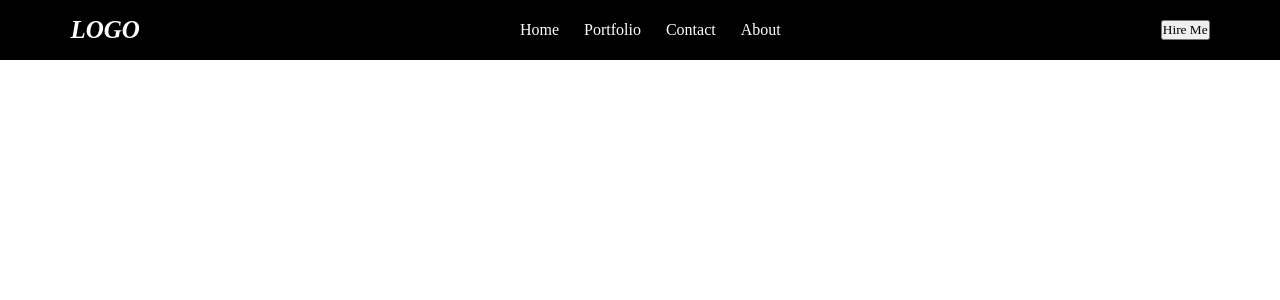
Repository: DevAntonioRogers/vanilla-responsive-navbar
Page: index.html
The author's editor kept a copy of each file at every save. The page is drawn from the files as they stood at one save, then again after the next save.
The browser window is 1280 px wide. The pictures show the whole page.
Some web fonts or font styles are not loaded; a fallback is used.

Above is the page before, as saved 2023-06-04 21:19:59.
Console error: TypeError: Cannot read properties of null (reading 'addEventListener')

### index.html
<!DOCTYPE html>
<html lang="en">
  <head>
    <meta charset="UTF-8" />
    <meta http-equiv="X-UA-Compatible" content="IE=edge" />
    <meta
      name="viewport"
      content="width=device-width, initial-scale=1.
    0"
    />
    <link rel="stylesheet" href="style.css" />
    <title>Document</title>
  </head>
  <body>
    <nav>
      <div class="nav-container">
        <h1>Logo</h1>

        <ul class="nav-menu">
          <li>Home</li>
          <li>Portfolio</li>
          <li>Contact</li>
          <li>About</li>
        </ul>

        <button>Hire Me</button>
      </div>
    </nav>
    <script src="app.js"></script>
  </body>
</html>

### style.css
@import url("https://fonts.googleapis.com/css2?family=Geologica:wght@400;500;700;800&display=swap");

* {
  box-sizing: border-box;
  padding: 0;
  margin: 0;
  font-family: Ge;
}

a {
  text-decoration: none;
}

li {
  list-style: none;
}

nav {
  background-color: black;
}

.nav-container {
  background-color: inherit;
  color: white;
  padding: 1rem 0;
  width: 89%;
  margin: auto;
  display: flex;
  align-items: center;
  justify-content: space-between;
}

.nav-container h1 {
  font-size: 25px;
  text-transform: uppercase;
  font-style: italic;
}

.nav-menu {
  display: flex;
  gap: 25px;
}

### app.js
const hamburger = document.querySelector('.hamburger')
const navMenu = document.querySelector('.nav-menu')

hamburger.addEventListener('click', () => {
  hamburger.classList.toggle('active')
  navMenu.classList.toggle('active')
})




const textToType = ["JavaScript.", "React.", "HTML.", "CSS."];
let currentIndex = 0;
let currentText = "";
let deleting = false;

function typeText() {
  if (currentIndex >= textToType.length) {
    currentIndex = 0;
  }

  currentText = deleting
    ? textToType[currentIndex].substring(0, currentText.length - 1)
    : textToType[currentIndex].substring(0, currentText.length + 1);

  document.getElementById("typing-text").textContent = currentText;

  if (!deleting && currentText === textToType[currentIndex]) {
    deleting = true;
    setTimeout(typeText, 1000);
  } else if (deleting && currentText === "") {
    deleting = false;
    currentIndex++;
    setTimeout(typeText, 500);
  } else {
    setTimeout(typeText, deleting ? 100 : 200);
  }
}

typeText();

After the next save:
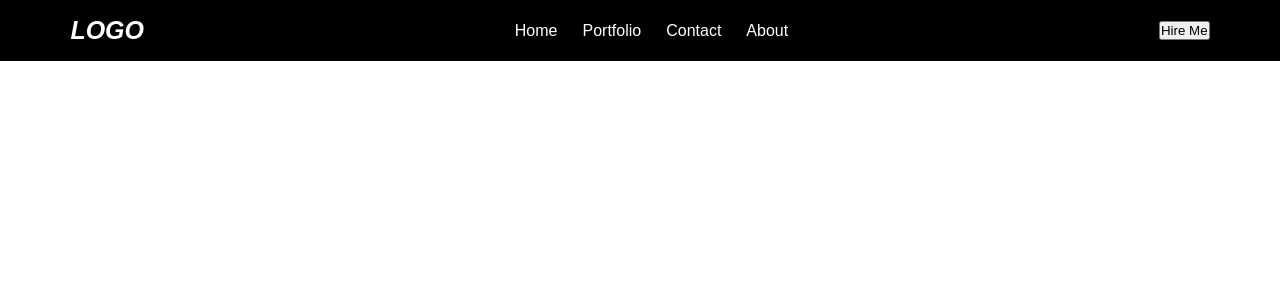
Saved 15 s later.
--- a/style.css
+++ b/style.css
@@ -4,7 +4,7 @@
   box-sizing: border-box;
   padding: 0;
   margin: 0;
-  font-family: Ge;
+  font-family: Geologica, sans-serif;
 }
 
 a {
